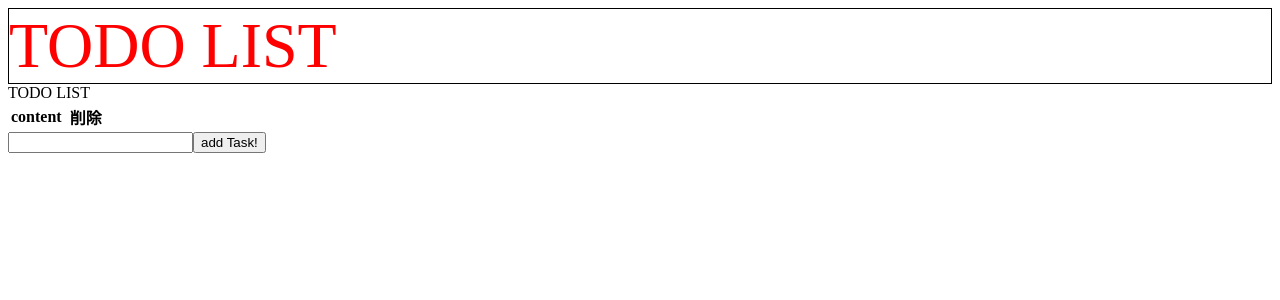
Repository: WistreHosshii/hacathon_todolList
Page: /
An editor plug-in stored every save of this project. The page is shown before and after the next save, followed by the edit.
The browser window is 1280 px wide. The pictures show the whole page.
The page's requests for data from a server got no answer. The project was rebuilt for these pictures with package versions that can differ from the ones it lists, and the page was loaded fresh each time. No one was signed in, and anything a server would have sent is missing.

Above is the page before, as saved 2019-06-10 23:19:35.

### index.html
<!DOCTYPE html>
<html lang="ja">

<head>
    <meta charset="UTF-8">
    <meta name="viewport" content="width=device-width, initial-scale=1.0">
    <meta http-equiv="X-UA-Compatible" content="ie=edge">
    <title>Document</title>
    <!-- <link rel="stylesheet" href="./index.css"> -->
</head>

<body>
    <div id="root"></div>
    <script src="./index.tsx"></script>
</body>

</html>

### App.tsx
import React, { Component } from 'react';
import { get, post, deleteTask } from './axios';
import styled from 'styled-components';

const CustomizedText = styled.div`
  font-size: 4rem;
  color: red;
  border: 1px solid black;
`;

interface Props {}
interface State {
  todos: Todo[];
  value: string;
}

export default class App extends Component<Props, State> {
  constructor(props: any) {
    super(props);
    this.state = {
      todos: [],
      value: '',
    };
    this.handleChange = this.handleChange.bind(this);
  }

  componentDidMount() {
    get().then(response => {
      const todos: Todo[] = response.data.todos;
      console.log(response.data);
      this.setState({ todos });
    });
  }
  addTaskHandler() {
    if (this.state.value !== '') {
      post(this.state.value).then(response => {
        const todo: Todo = response.data;
        this.setState(state => ({ todos: [...state.todos, todo] }));
        this.setState({ value: '' });
      });
    }
    window.setTimeout(() => {
      console.log(this.state);
    }, 1000);
  }
  deleteTaskHandler(id: string) {
    deleteTask(id).then(response => {
      const todos = this.state.todos.filter(v => v.id !== id);
      this.setState({ todos });
    });
  }
  handleChange(event: any) {
    this.setState({ value: event.target.value });
  }

  render() {
    return (
      <div>
        <div className="todoList">
          <CustomizedText>TODO LIST</CustomizedText>
          <div className="title">TODO LIST</div>
          <div className="contents">
            <table>
              <tbody>
                <tr>
                  <th>content</th>
                  <th />
                  <th>削除</th>
                </tr>

                {this.state.todos.map((todo, i) => {
                  return (
                    <tr key={i}>
                      <td>{todo.content}</td>
                      <td />
                      <td>
                        <button
                          onClick={() => {
                            this.deleteTaskHandler(todo.id);
                          }}
                        >
                          削除!
                        </button>
                      </td>
                    </tr>
                  );
                })}
              </tbody>
            </table>
          </div>
          <div className="computeTaskWrapper">
            <input type="text" value={this.state.value} onChange={this.handleChange} />
            <button
              className="btn"
              onClick={() => {
                this.addTaskHandler();
              }}
            >
              add Task!
            </button>
          </div>
        </div>
      </div>
    );
  }
}

### axios.tsx
import axios from 'axios';
import App from './App';

const url = 'http://hackathon-test-server.jichoup.trap.show/';
export const get = () => {
  return axios.get(url);
};
export const post = (value: string) => {
  const content: TodoList.Post.Request = { content: value };
  return axios.post(url, content);
};
export const deleteTask = (_id: string) => {
  const id: TodoList.Delete.Request = { id: _id };
  return axios.delete(url, { data: id });
};

Loaded but not shown: index.tsx (common file)

After the next save:
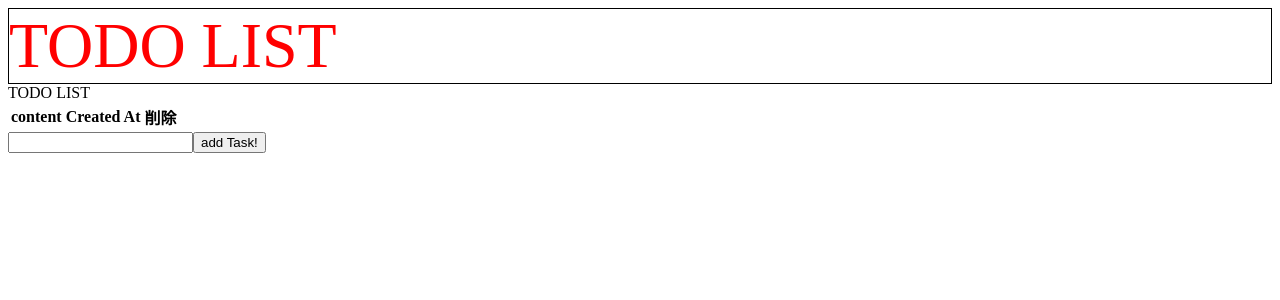
Saved 88 s later.
--- a/App.tsx
+++ b/App.tsx
@@ -64,7 +64,7 @@ export default class App extends Component<Props, State> {
               <tbody>
                 <tr>
                   <th>content</th>
-                  <th />
+                  <th>Created At</th>
                   <th>削除</th>
                 </tr>
 
